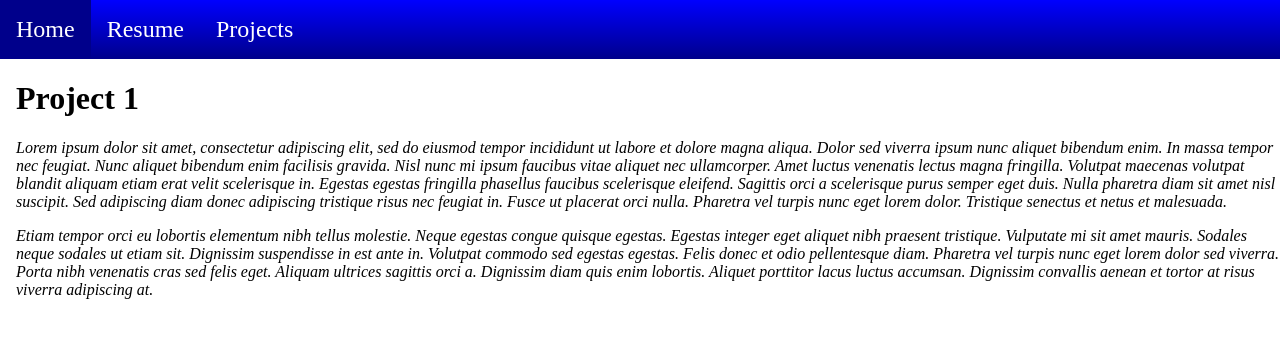
Repository: jason-ward220/jason-ward220.github.io
Page: project1.html
The author's editor kept a record of every edit. The page is drawn from the files as they stood at one moment, then again after the next edit.
The browser window is 1280 px wide. The pictures show the whole page.

Above is the page before.

### project1.html
<!DOCTYPE html>
<html>
    <head>
        <title>Home</title>
        <link rel="stylesheet" type="text/css" href="style.css">
    </head>
    <body>
        <ul class=navbar>
            <li><a href="index.html">Home</a></li>
            <li><a href="resume.html">Resume</a></li>
            <li class=dropdown class=active>
                <div>Projects</div>
                <ul class=dropdown-content>
                    <li><a href="#">Project 1</a></li>
                    <li><a href="#">Project 2</a></li>
                    <li><a href="#">Project 3</a></li>
                </ul>
            </li>
        </ul>

        <h1>Project 1</h1>
        <blockquote>
            <p>
                <i>Lorem ipsum dolor sit amet, consectetur adipiscing elit, sed do eiusmod tempor incididunt ut labore et dolore magna aliqua. Dolor sed viverra ipsum nunc aliquet bibendum enim. In massa tempor nec feugiat. Nunc aliquet bibendum enim facilisis gravida. Nisl nunc mi ipsum faucibus vitae aliquet nec ullamcorper. Amet luctus venenatis lectus magna fringilla. Volutpat maecenas volutpat blandit aliquam etiam erat velit scelerisque in. Egestas egestas fringilla phasellus faucibus scelerisque eleifend. Sagittis orci a scelerisque purus semper eget duis. Nulla pharetra diam sit amet nisl suscipit. Sed adipiscing diam donec adipiscing tristique risus nec feugiat in. Fusce ut placerat orci nulla. Pharetra vel turpis nunc eget lorem dolor. Tristique senectus et netus et malesuada.</i>
            </p>
            <p>
                <i>Etiam tempor orci eu lobortis elementum nibh tellus molestie. Neque egestas congue quisque egestas. Egestas integer eget aliquet nibh praesent tristique. Vulputate mi sit amet mauris. Sodales neque sodales ut etiam sit. Dignissim suspendisse in est ante in. Volutpat commodo sed egestas egestas. Felis donec et odio pellentesque diam. Pharetra vel turpis nunc eget lorem dolor sed viverra. Porta nibh venenatis cras sed felis eget. Aliquam ultrices sagittis orci a. Dignissim diam quis enim lobortis. Aliquet porttitor lacus luctus accumsan. Dignissim convallis aenean et tortor at risus viverra adipiscing at.</i>
            </p>
        </blockquote>

    </body>
</html>

### style.css
/*Navigation Bar*/
.navbar
{
list-style:none;
background-image:linear-gradient(blue,darkBlue);
overflow:hidden;
padding:0;
margin:0;
}
.navbar a, .dropdown div
{
text-decoration:none;
color:white;
font-size:24px;
padding:16px;
display:inline-block;
}
.navbar li
{
float:left;
}
.navbar li:hover
{
background-color:darkBlue;
}
.dropdown-content
{
list-style:none;
padding:0;
display:none;
position:absolute;
z-index:1;
background-color:blue;
}
.dropdown-content li
{
float:none;
}
.dropdown:hover .dropdown-content
{
display:block;
}
.active
{
background-image:linear-gradient(darkBlue, blue);
}

/*Body*/
table, tr, td
{
background-color:rgb(200,200,200);
padding:8px;
border:2px solid black;
border-collapse:collapse;
margin:16px;
}
h1, h2, h3, h4, h5, h6, p
{
margin-left:016px;
}
body
{
margin:0;
}
blockquote
{
padding:0;
margin:0
}
img
{
    max-width: 100%;
    height: auto;
}
.rotateImg180
{
    -webkit-transform:rotate(180deg);
    -moz-transform: rotate(180deg);
    -ms-transform: rotate(180deg);
    -o-transform: rotate(180deg);
    transform: rotate(180deg);
}

After the next edit:
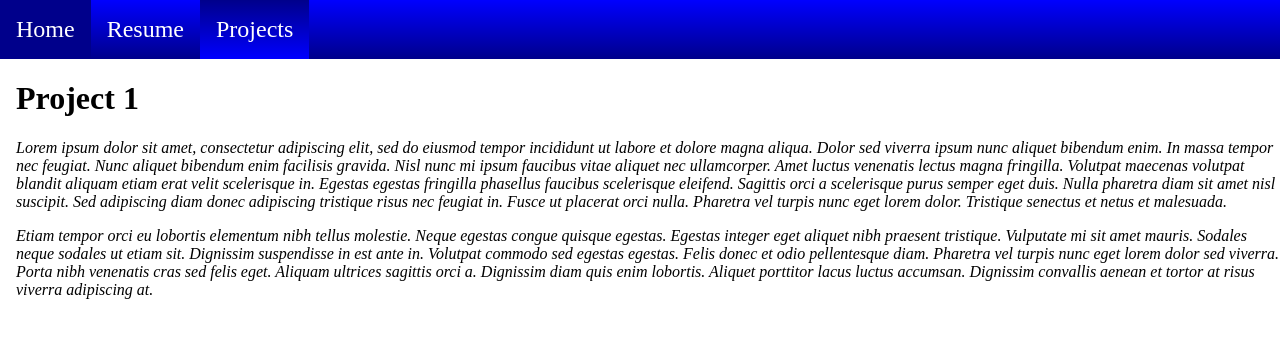
The edit:
--- a/project1.html
+++ b/project1.html
@@ -8,8 +8,8 @@
         <ul class=navbar>
             <li><a href="index.html">Home</a></li>
             <li><a href="resume.html">Resume</a></li>
-            <li class=dropdown class=active>
-                <div>Projects</div>
+            <li class=dropdown>
+                <div class=active>Projects</div>
                 <ul class=dropdown-content>
                     <li><a href="#">Project 1</a></li>
                     <li><a href="#">Project 2</a></li>
